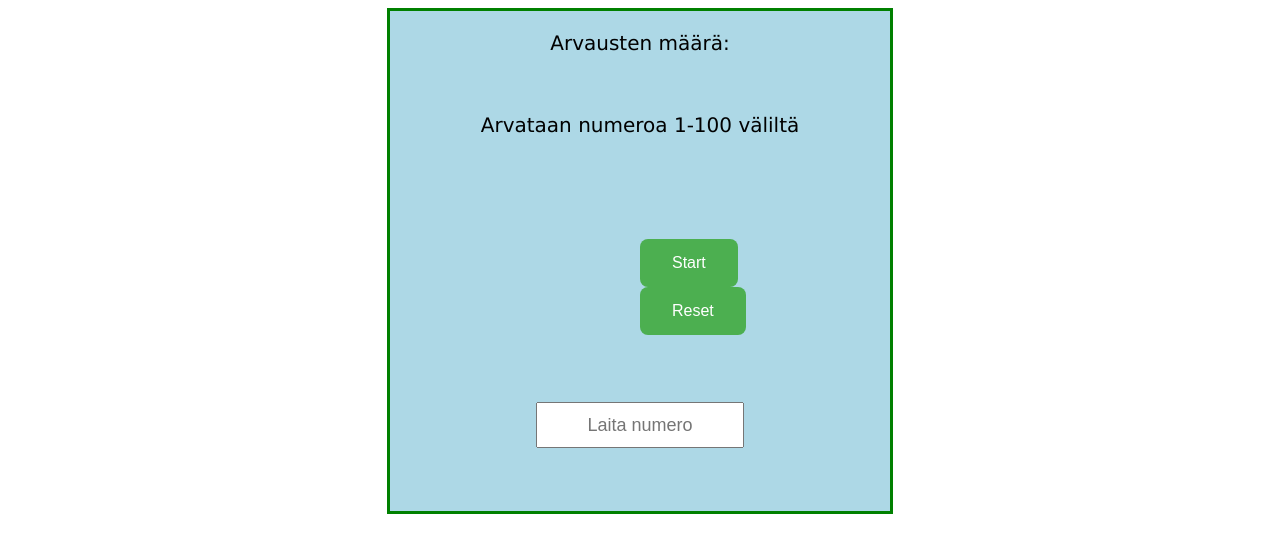
Repository: VadimZubchenko/numeronarvouspeli_JS
Page: public/index.html
The author's editor kept a copy of each file at every save. The page is drawn from the files as they stood at one save, then again after the next save.
The browser window is 1280 px wide. The pictures show the whole page.

Above is the page before, as saved 2022-04-26 08:33:34.

After the next save:
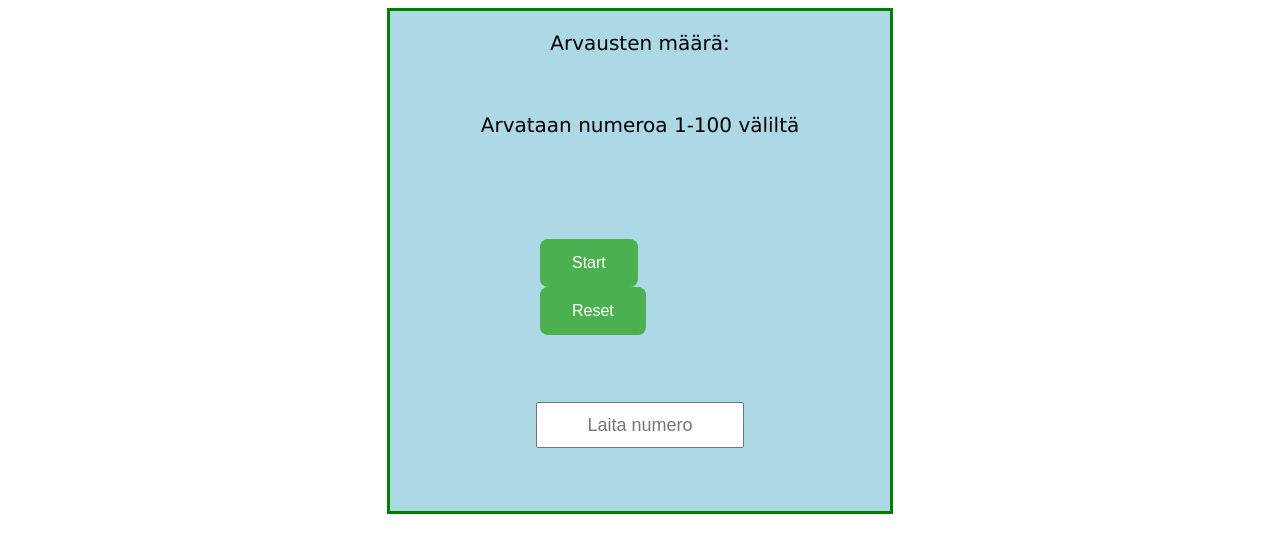
Saved 10 s later.
--- a/public/mystyle.css
+++ b/public/mystyle.css
@@ -34,7 +34,7 @@ button {
   display: inline-block;
   font-size: 16px;
   border-radius: 8px;
-  margin-left: 50%;
+  margin-left: 30%;
   margin-right: auto;
 
 }
